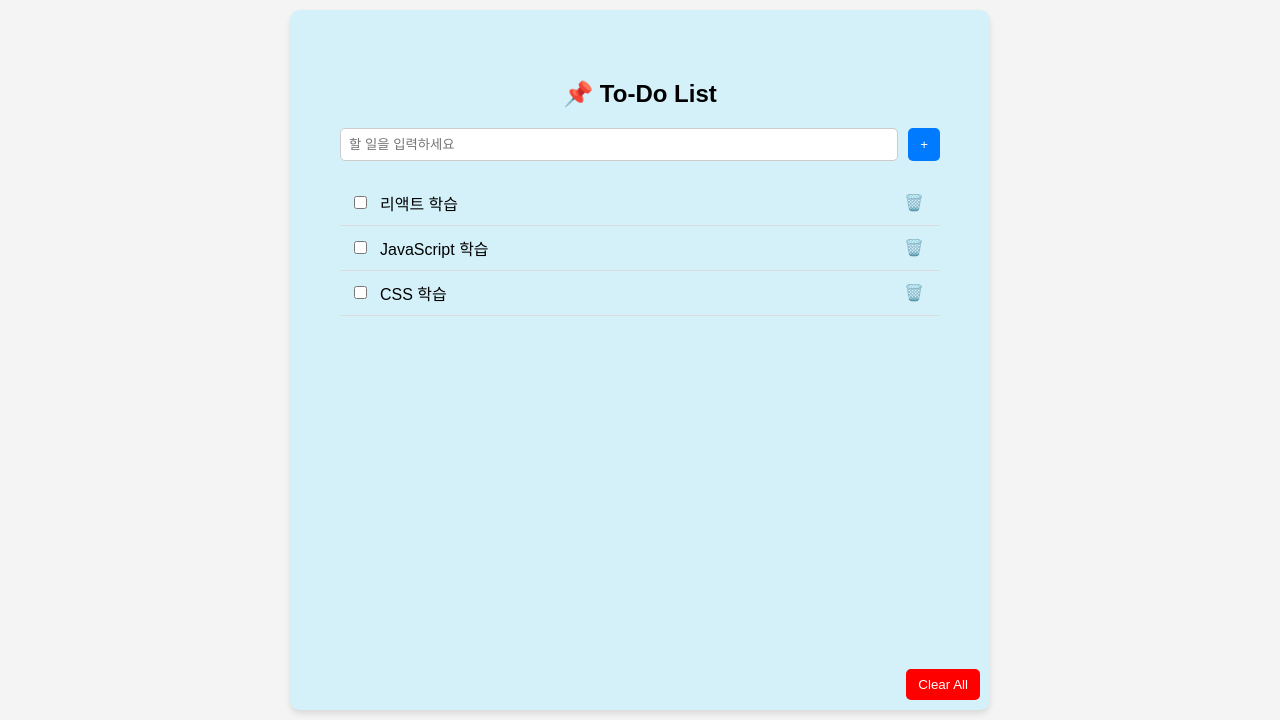
Repository: jongheonleee/todo-list
Page: /
The author's editor kept a copy of each file at every save. The page is drawn from the files as they stood at one save, then again after the next save.
The browser window is 1280 px wide. The pictures show the whole page.
The project was rebuilt for these pictures with package versions that can differ from the ones it lists, and the page was loaded fresh each time.

Above is the page before, as saved 2025-02-20 13:19:55.

### src/App.js

import React from "react";
import { useState } from "react";
import "./App.css";
import InputForm from "./components/InputForm";
import ToDoList from "./components/ToDoList";


const App = () => {
  // 해당 컴포넌트에서 관리해야할 필드값 정의

  // 기본적으로 보여줄 리스트
  const [ id, setId ] = useState(''); // 특정 아잉템에 해당하는 id
  const [ items, setItems ] = useState([{ id : 1,   text : "리액트 학습",       done : false},
                                        { id : 2,   text : "JavaScript 학습", done : false},
                                        { id : 3,   text : "CSS 학습",        done : false}]); // 기본적으로 보여줄 items
  const [ text, setText ] = useState('');
  const [ done, setDone ] = useState(false);

  // 해당 컴포넌트에서 관리하는 필드값을 핸들링하는 함수 정의

  // 삭제 버튼 누르면 해당 아이템을 삭제함
  const handleDelete = (id) => {
    // 삭제 버튼 누르면 해당 아이템을 삭제함

    // - 사용자가 누른 아이템의 id가 현재 배열에 있는지 확인
    // - 해당 id에 대응되는 아이템이 있으면 해당 아이템을 제거한다
    const newItems = items.filter(item => item.id !== id);

    // 알림창 띄우기
    notify('Item deleted successfully');

    // - items를 업데이트한다
    setItems(newItems);

    // - id를 초기화한다.
    setId(-1);

  };

  const handleSubmit = (e) => {
    // 입력 폼을 입력하고 추가 버튼을 누르면 새로운 아이템을 등록함

    // - 리프레시 방지
    e.preventDefault();

    // - 작성한 타이틀 유효성 검증
    if (!isValidText(text)) {
      notify('please enter a right text');
      return;
    }

    // - 아이템 등록 처리
    const newItem = {id : crypto.randomUUID(), text: text, done: false};

    // - 아이템 배열에 추가
    const newItems = [...items, newItem];
    setItems(newItems);

    // - 아이템 추가되었음을 알림
    notify('Item added successfully');

    // - 초기화
    setId('');
    setText('');
    setDone(false);
  };


  const handleText = (e) => {
    // todo-item 타이틀 작성시 상태 변경
    setText(e.target.value);
  }


  const clearItems = () => {
    // 모든 아이템을 지움
    const newItems = [];
    setItems(newItems);
  }

  // 특정 작업 수행시 알림창 띄우기
  const notify = (message) =>  {
      alert(message);
  }

  // 아이템 유효성 검증
  const isValidText = (text) => {
    return text !== null && text.length > 0;
  }

  // 렌더링할 페이지 형태
  return (
    <div className="container">
      <div className="sub-container">
        <h2>📌 To-Do List</h2>
          {/* 입력 부분  */}
          <InputForm
            handleSubmit={handleSubmit}
            handleText={handleText}
          />

          {/* todo-list 부분 */}
          <ToDoList
            items={items}
            handleDelete={handleDelete}
          />

            {/* 모두 삭제 처리 */}
          <button
            onClick={clearItems}
            className="clear-btn"
          >
          Clear All
          </button>
      </div>

    </div>
  );
}

export default App;

### src/App.css
/* styles.css */
.container {
  font-family: Arial, sans-serif;
  background-color: #f4f4f4;
  display: flex;
  justify-content: center;
  align-items: center;
  height: 100vh;
  margin: 0;
}

.sub-container {
  position: relative; /* 부모 요소를 기준으로 위치 설정 */
  background-color: #D4F1F9;
  padding: 50px;
  border-radius: 10px;
  box-shadow: 0 4px 6px rgba(0, 0, 0, 0.1);
  width: 600px;
  height: 600px;
}

h2 {
  text-align: center;
  margin-bottom: 20px;
}

.input-area {
  display: flex;
  gap: 10px;
}

input[type="text"] {
  flex: 1;
  padding: 8px;
  border: 1px solid #ccc;
  border-radius: 5px;
}

.add-btn {
  background: #007bff;
  color: white;
  border: none;
  padding: 8px 12px;
  cursor: pointer;
  border-radius: 5px;
}

.add-btn:hover {
  background: #0056b3;
}

.todo-list {
  list-style: none;
  padding: 0;
  margin-top: 20px;
}

.todo-list li {
  display: flex;
  justify-content: space-between;
  align-items: center;
  padding: 10px;
  border-bottom: 1px solid #ddd;
}

.todo-item {
  display: flex;
  align-items: center;
  gap: 10px;
}

.delete-btn {
  background: none;
  border: none;
  color: red;
  cursor: pointer;
  font-size: 16px;
}

.delete-btn:hover {
  color: darkred;
}

.clear-btn {
  background: red;
  color: white;
  border: none;
  padding: 8px 12px;
  cursor: pointer;
  border-radius: 5px;
  position: absolute; /* 부모 컨테이너를 기준으로 위치 설정 */
  right: 10px; /* 오른쪽에서 10px 간격 */
  bottom: 10px; /* 아래쪽에서 10px 간격 */

}

### src/components/InputForm.js
import React from "react";
import "./InputForm.css";

const InputForm = ({ handleSubmit, handleText }) => {
    return (
        <form
            className="input-area"
            onSubmit={handleSubmit}
        >
            <input
                type="text"
                placeholder="할 일을 입력하세요"
                onChange={handleText}
            />
            <button
                type="submit"
                className="add-btn"
            >
            +
            </button>
        </form>
    );
}

export default InputForm;

### src/components/ToDoList.js
import React from "react";
import ToDoItem from "./ToDoItem";
import "./ToDoList.css"

const ToDoList = ({ items, handleDelete }) => {
    return (
        <ul className="todo-list">
            {
                items.map(item => {
                    return (
                        <ToDoItem
                            id={item.id}
                            text={item.text}
                            done={item.done}
                            handleDelete={handleDelete}
                        />
                    )
                })
            }
            {/* <li>
                <div className="todo-item">
                    <input type="checkbox" />
                    <span>리액트 학습</span>
                </div>
                <button className="delete-btn">🗑️</button>
            </li> */}
          {/* <li>
            <div className="todo-item">
              <input type="checkbox" />
              <span>JavaScript 학습</span>
            </div>
            <button className="delete-btn">🗑️</button>
          </li>
          <li>
            <div className="todo-item">
              <input type="checkbox" />
              <span>CSS 학습</span>
            </div>
            <button className="delete-btn">🗑️</button>
          </li> */}
        </ul>
    )
}

export default ToDoList;

### src/components/InputForm.css
.input-area {
    display: flex;
    gap: 10px;
}

input[type="text"] {
    flex: 1;
    padding: 8px;
    border: 1px solid #ccc;
    border-radius: 5px;
}

.add-btn {
    background: #007bff;
    color: white;
    border: none;
    padding: 8px 12px;
    cursor: pointer;
    border-radius: 5px;
}

.add-btn:hover {
    background: #0056b3;
}

### src/components/ToDoItem.js
import React from "react";
import "./ToDoItem.css"

// item은 3가지 필드를 지님
// - id, text, done
const ToDoItem = ({ id, text, done, handleDelete }) => {
    return (
        <li>
            <div
                id={id}
                className="todo-item"
            >
                <input type="checkbox" />
                <span>{done ? <del>text</del> : text}</span>
            </div>
            <button className="delete-btn" onClick={() => handleDelete(id)}>🗑️</button>
        </li>
    )
}

export default ToDoItem;

### src/components/ToDoList.css
.todo-list {
    list-style: none;
    padding: 0;
    margin-top: 20px;
}

.todo-item li {
    display: flex;
    justify-content: space-between;
    align-items: center;
    padding: 10px;
    border-bottom: 1px solid #ddd;
}

.todo-item {
    display: flex;
    align-items: center;
    gap: 10px;
}

.delete-btn {
    background: none;
    border: none;
    color: red;
    cursor: pointer;
    font-size: 16px;
}

.delete-btn:hover {
    color: darkred;
}

### src/components/ToDoItem.css
.todo-item li {
    display: flex;
    justify-content: space-between;
    align-items: center;
    padding: 10px;
    border-bottom: 1px solid #ddd;
}

.todo-item {
    display: flex;
    align-items: center;
    gap: 10px;
}

.delete-btn {
    background: none;
    border: none;
    color: red;
    cursor: pointer;
    font-size: 16px;
}

.delete-btn:hover {
    color: darkred;
}

Loaded but not shown: public/index.html (common file); src/index.js (common file); src/index.css (common file); src/reportWebVitals.js (common file)

After the next save:
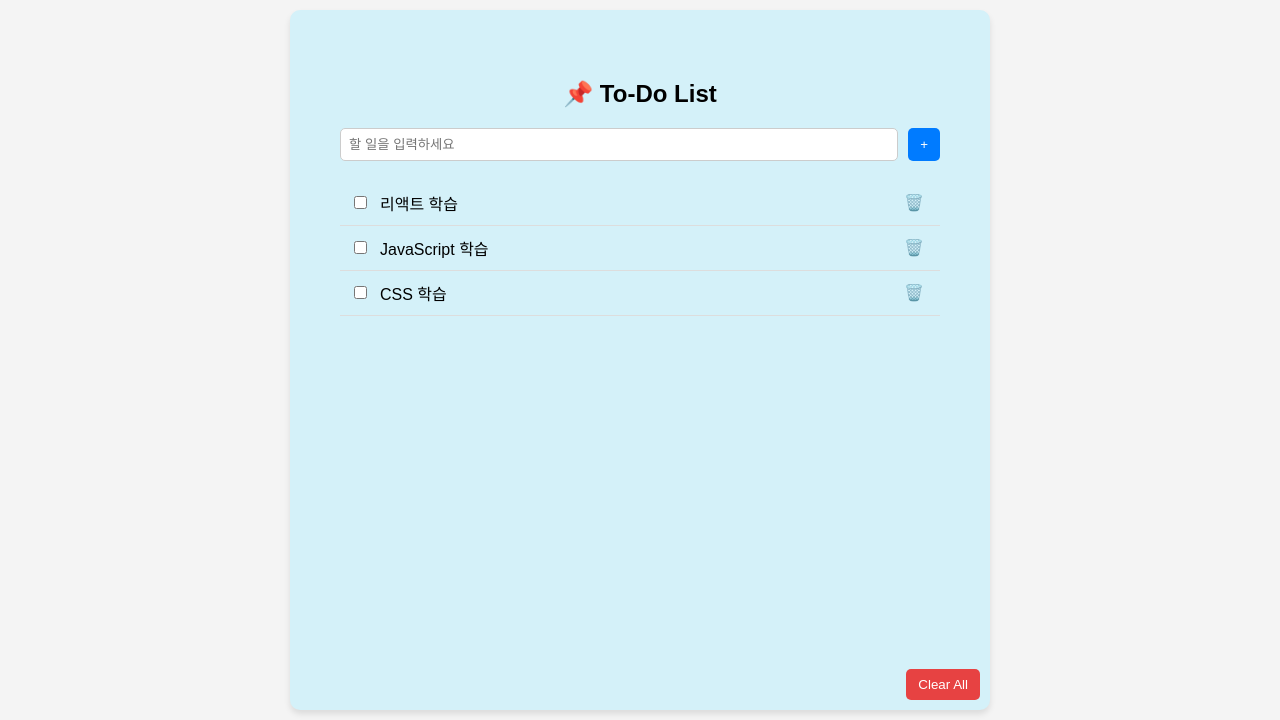
Saved 78 s later.
--- a/src/components/InputForm.css
+++ b/src/components/InputForm.css
@@ -22,3 +22,16 @@ input[type="text"] {
 .add-btn:hover {
     background: #0056b3;
 }
+
+.clear-btn {
+    background: rgb(231, 66, 66);
+    color: white;
+    border: none;
+    padding: 8px 12px;
+    cursor: pointer;
+    border-radius: 5px;
+}
+
+.clear-btn:hover {
+    background: rgb(231, 117, 117);
+}
